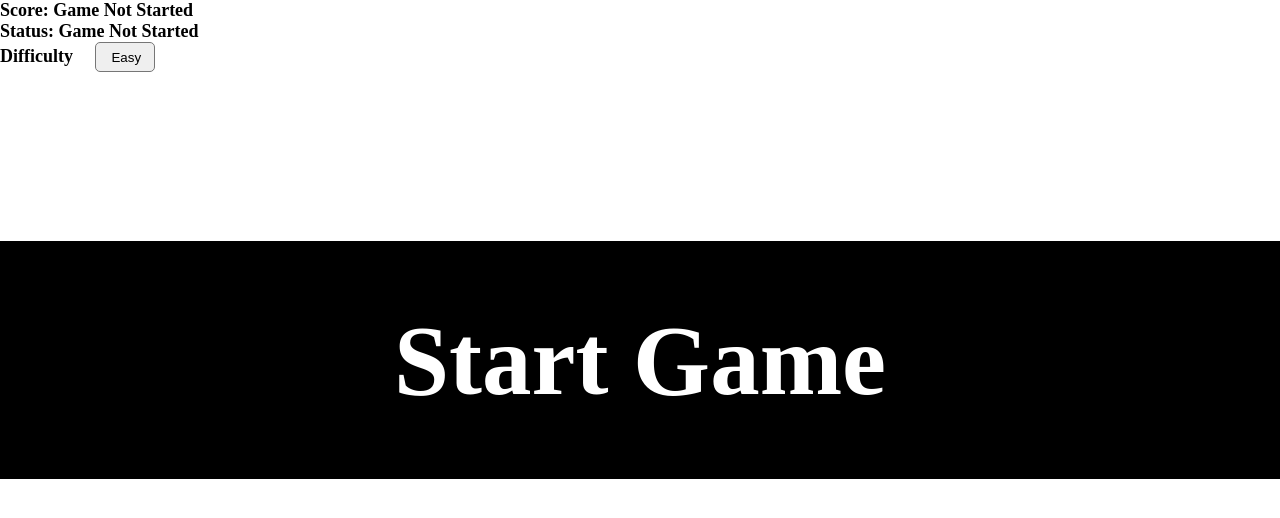
Repository: lulyany/bytedance_hw2
Page: test.html
An editor plug-in stored every save of this project. The page is shown before and after the next save, followed by the edit.
The browser window is 1280 px wide. The pictures show the whole page.

Above is the page before, as saved 2022-03-12 00:51:38.

After the next save:
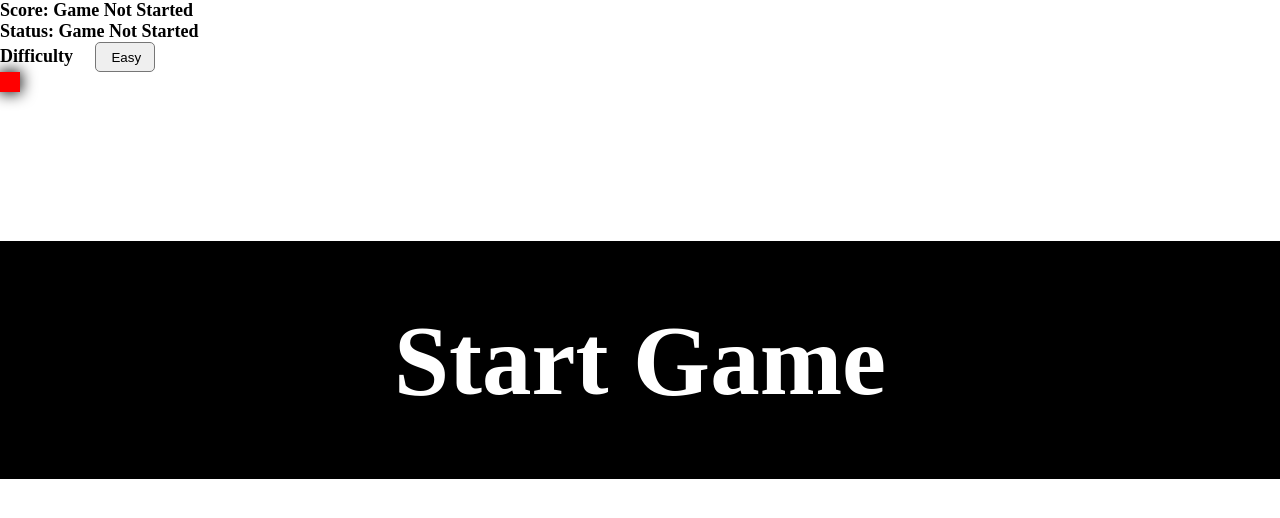
Saved 8 min 49 s later.
--- a/test.css
+++ b/test.css
@@ -9,7 +9,7 @@
     font-size: 18px;
     font-weight: 600;
   }
-  #map{
+  /* #map{
     position: absolute;
     margin:auto;
     width: 670px;
@@ -20,7 +20,7 @@
     left:0;
     right:0;
     visibility:hidden;
-  }
+  } */
   #Snak_head{
     width: 20px;
     height: 20px;

After the save that followed:
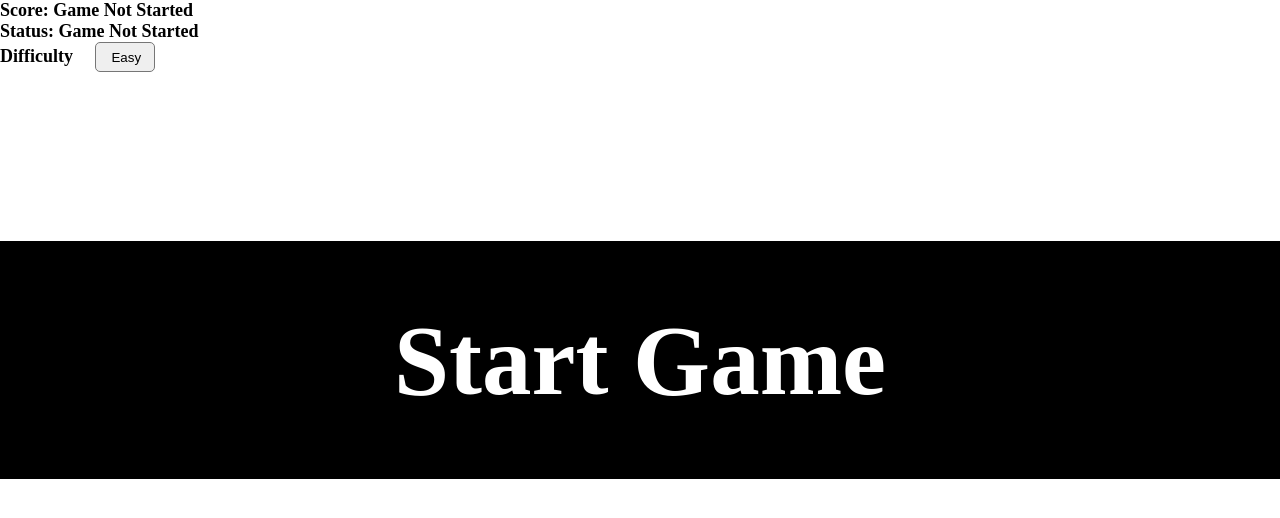
Saved 4 s later.
--- a/test.css
+++ b/test.css
@@ -9,7 +9,7 @@
     font-size: 18px;
     font-weight: 600;
   }
-  /* #map{
+  #map{
     position: absolute;
     margin:auto;
     width: 670px;
@@ -20,7 +20,7 @@
     left:0;
     right:0;
     visibility:hidden;
-  } */
+  }
   #Snak_head{
     width: 20px;
     height: 20px;
